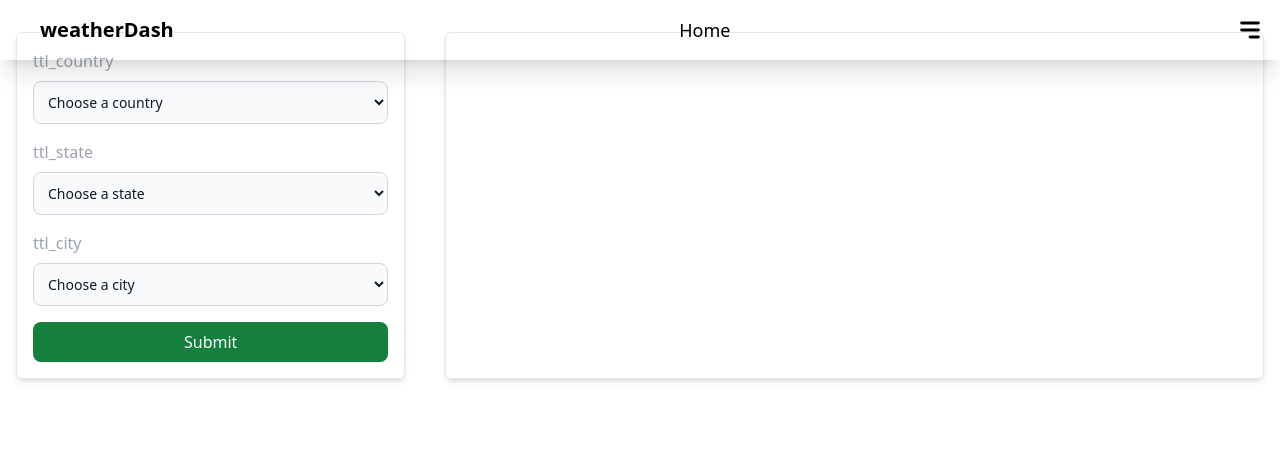
Repository: Wafaabahgat/WeatherDash
Page: /
These files come from the project's save history. The page is drawn as it stood at one moment and after the next save; the edit follows.
The browser window is 1280 px wide. The pictures show the whole page.
The page's requests for data from a server got no answer. The project was rebuilt for these pictures with package versions that can differ from the ones it lists, and the page was loaded fresh each time. No one was signed in, and anything a server would have sent is missing. Also part of the build but not shown: vite.config.ts, src/components/ui/UserCard.tsx, src/components/ui/Text.tsx, src/components/ui/AQIIndicator.tsx, src/components/models/form-model-auth.tsx, src/components/ui/Loader.tsx, src/components/form/FormInput.tsx, src/components/ui/Button.tsx and 5 more.

Above is the page before, as saved 2024-04-15 06:57:23.

### src/main.tsx
import ReactDOM from "react-dom/client";
import router from "./App.jsx";
import "./App.css";
import { Provider } from "react-redux";
import { store } from "./store/store";
import { RouterProvider } from "react-router-dom";

ReactDOM.createRoot(document.getElementById("root")).render(
  <Provider store={store}>
    <RouterProvider router={router} />
  </Provider>
);

### src/App.tsx
import { createBrowserRouter } from "react-router-dom";
import "./App.css";
import Root from "./pages/Root";
import Home from "./pages/Home";
import Login from "./pages/auth/Login";
import Register from "./pages/auth/Register";

const router = createBrowserRouter([
  {
    path: "/",
    element: <Root />,
    children: [
      ////////////////// Auth //////////////////
      {
        path: "/",
        element: <Home />,
      },
      {
        path: "/login",
        element: <Login />,
      },
      {
        path: "/register",
        element: <Register />,
      },
    ],
  },
]);
export default router;

### src/App.css
@tailwind base;
@tailwind components;
@tailwind utilities;

#root {
  max-width: 1470px;
  margin: 0 auto;
  padding: 1rem;
  text-align: center;
}

### src/store/store.ts
import { configureStore } from "@reduxjs/toolkit";
import country from "../slice/Home/home";
import state from "../slice/Home/state";
import city from "../slice/Home/city";
import weather from "../slice/Home/weather";

export const store = configureStore({
  reducer: {
    // Globals
    country: country,
    state: state,
    city: city,
    weather: weather,
  },
});

export type RootState = ReturnType<typeof store.getState>;
export type AppDispatch = typeof store.dispatch;

### src/pages/Root.jsx
import { useEffect } from "react";
import { useTranslation } from "react-i18next";
import { Outlet } from "react-router-dom";
import Header from "../components/header/Header";

const Root = () => {
  const { i18n } = useTranslation();

  useEffect(() => {
    // Determine the direction based on the language code
    const dir = i18n.language === "ar" ? "rtl" : "ltr";
    document.documentElement.dir = dir;
  }, [i18n.language]);

  return (
    <div className="w-full h-full flex flex-col">
      {/* {isDash == "dashboard" ? null : <Navbar />} */}
      <Header />
      <Outlet />
    </div>
  );
};

export default Root;

### src/pages/Home.tsx
import React from "react";
import "leaflet/dist/leaflet.css";
import FormSelect from "../components/FormSelect";
import MapForm from "../components/Map-Form";

const Home = () => {
  return (
    <div className="mt-4">
      <div className="grid lg:grid-cols-3 md:grid-cols-2 grid-cols-1 lg:gap-x-10 mg:gap-x-5 gap-x-0 lg:gap-y-0 gap-y-6 w-full">
        <FormSelect className="col-span-1 border border-gray-200 p-4 shadow-md rounded-md" />
        <MapForm />
      </div>
    </div>
  );
};

export default Home;

### src/slice/Home/home.ts
import { createAsyncThunk, createReducer } from "@reduxjs/toolkit";
import { clearErrors, country } from "./HomeAction";
import { Type } from "../../lib/types";

const initialState = {
  status: null,
  errors: {},
  data: [],
  // loading: null,
};



// Create reducer logic using createReducer
const countryReducer = createReducer(initialState, (builder) => {
  builder
    .addCase(country.pending, (state) => {
      // state.loading = true;
      state.data = [];
      state.errors = {};
      state.status = null;
    })
    .addCase(country.fulfilled, (state, action) => {
      // state.loading = false;
      state.status = action.payload.status;
      state.data = action.payload.data;
      state.errors = {};
    })
    .addCase(country.rejected, (state, action) => {
      // state.loading = false;
      state.status = null;
      state.errors = action.payload?.errors || action.payload;
    })
    .addCase(clearErrors.fulfilled, (state) => {
      // state.loading = false;
      state.status = null;
      state.errors = {};
    });
});

export default countryReducer;

### src/slice/Home/state.ts
import { createAsyncThunk, createReducer } from "@reduxjs/toolkit";
import { clearErrors, state } from "./HomeAction";
import { Type } from "../../lib/types";

const initialState = {
  status: null,
  errors: {},
  data: [],
  // loading: null,
};

// Create reducer logic using createReducer
const statesReducer = createReducer(initialState, (builder) => {
  builder
    .addCase(state.pending, (state) => {
      // state.loading = true;
      state.data = [];
      state.errors = {};
      state.status = null;
    })
    .addCase(state.fulfilled, (state, action) => {
      // state.loading = false;
      state.status = action.payload.status;
      state.data = action.payload.data;
      state.errors = {};
    })
    .addCase(state.rejected, (state, action) => {
      // state.loading = false;
      state.status = null;
      state.errors = action.payload?.errors || action.payload;
    })
    .addCase(clearErrors.fulfilled, (state) => {
      // state.loading = false;
      state.status = null;
      state.errors = {};
    });
});

export default statesReducer;

### src/slice/Home/city.ts
import { createAsyncThunk, createReducer } from "@reduxjs/toolkit";
import { clearErrors, city } from "./HomeAction";
import { Type } from "../../lib/types";

const initialState = {
  status: null,
  errors: {},
  data: [],
  // loading: null,
};

// Create reducer logic using createReducer
const cityReducer = createReducer(initialState, (builder) => {
  builder
    .addCase(city.pending, (state) => {
      // state.loading = true;
      state.data = [];
      state.errors = {};
      state.status = null;
    })
    .addCase(city.fulfilled, (state, action) => {
      // state.loading = false;
      state.status = action.payload.status;
      state.data = action.payload.data;
      state.errors = {};
    })
    .addCase(city.rejected, (state, action) => {
      // state.loading = false;
      state.status = null;
      state.errors = action.payload?.errors || action.payload;
    })
    .addCase(clearErrors.fulfilled, (state) => {
      // state.loading = false;
      state.status = null;
      state.errors = {};
    });
});

export default cityReducer;

### src/slice/Home/weather.ts
import { createReducer } from "@reduxjs/toolkit";
import { clearErrors, weather } from "./HomeAction";

const initialState = {
  status: null,
  errors: {},
  data: [],
  // loading: null,
};

// Create reducer logic using createReducer
const weatherReducer = createReducer(initialState, (builder) => {
  builder
    .addCase(weather.pending, (state) => {
      // state.loading = true;
      state.data = [];
      state.errors = {};
      state.status = null;
    })
    .addCase(weather.fulfilled, (state, action) => {
      // state.loading = false;
      state.status = action.payload.status;
      state.data = action.payload.data;
      state.errors = {};
    })
    .addCase(weather.rejected, (state, action) => {
      // state.loading = false;
      state.status = null;
      state.errors = action.payload?.errors || action.payload;
    })
    .addCase(clearErrors.fulfilled, (state) => {
      // state.loading = false;
      state.status = null;
      state.errors = {};
    });
});

export default weatherReducer;

### src/components/header/Header.tsx
import { Link } from "react-router-dom";
import Menu from "../ui/Menu";
const Header = () => {
  return (
    <div className="w-full bg-dark_blue fixed left-0 top-0 z-10 shadow-xl">
      <div className="m-auto flex justify-between items-center p-4 max-h-[100px]">
        <Link to="/">
          <div className="text-color_white font-bold text-xl ml-6">
            weather<span className="text-color_danger">Dash</span>
          </div>
        </Link>
        <div>
          <ul className="text-color_white gap-3 flex text-lg">
            <li className="hover:text-color_danger active">
              <Link to="/">Home</Link>
            </li>
          </ul>
        </div>

        <Menu />
      </div>
    </div>
  );
};

export default Header;

### src/components/FormSelect.tsx
import React, { useEffect, useState } from "react";
import { FC } from "react";
import { useAppDispatch, useAppSelector } from "../store/hooks";
import { city, country, state, weather } from "../slice/Home/HomeAction";
import { cn } from "../lib/utils";
import { useTranslation } from "react-i18next";

interface FormProps {
  className: string;
}

const FormSelect: FC<FormProps> = ({ className }) => {
  const dispatch = useAppDispatch();
  const { t } = useTranslation();

  const [selectedCountry, setselectedCountry] = useState("");
  const [selectedstate, setselectedstate] = useState("");
  const [selectedcity, setselectedcity] = useState("");

  const { data } = useAppSelector((state) => state.country);
  const stateSelector = useAppSelector((state) => state.state);
  const citySelector = useAppSelector((state) => state.city);

  useEffect(() => {
    dispatch(country());
  }, []);

  useEffect(() => {
    if (selectedCountry) {
      dispatch(state(selectedCountry));
    }
  }, [selectedCountry]);

  useEffect(() => {
    if (selectedstate && selectedCountry) {
      dispatch(city({ state: selectedstate, country: selectedCountry }));
    }
  }, [selectedstate]);

  const onSubmit = (e: React.FormEvent<HTMLFormElement>): void => {
    e.preventDefault();
    if (selectedCountry && selectedstate && selectedcity) {
      dispatch(
        weather({
          state: selectedstate,
          country: selectedCountry,
          city: selectedcity,
        })
      );
    }
  };

  return (
    <div className={cn("", className)}>
      <form className="flex flex-col gap-2" onSubmit={onSubmit}>
        {/* country */}
        <div className="flex flex-col mb-2 gap-2">
          <label
            htmlFor="countries"
            className="text-start block text-md font-medium text-gray-400"
          >
            {t("ttl_country")}
          </label>
          <select
            id="countries"
            onChange={(e) => setselectedCountry(e?.target?.value)}
            value={selectedCountry}
            className="bg-gray-50 border border-gray-300 text-gray-900 text-sm rounded-lg focus:ring-blue-500 focus:border-blue-500 block w-full p-2.5 dark:bg-gray-700 dark:border-gray-600 dark:placeholder-gray-400 dark:text-white dark:focus:ring-blue-500 dark:focus:border-blue-500"
          >
            <option selected>Choose a country</option>
            {data?.map((e) => (
              <option value={e?.country}> {e.country}</option>
            ))}
          </select>
        </div>
        {/* state */}
        {stateSelector?.data ? (
          <div className="flex flex-col gap-2 mb-2">
            <label
              htmlFor="states"
              className="block text-start text-md font-medium text-gray-400"
            >
              {t("ttl_state")}
            </label>
            <select
              id="states"
              onChange={(e) => setselectedstate(e?.target?.value)}
              value={selectedstate}
              className="bg-gray-50 border border-gray-300 text-gray-900 text-sm rounded-lg focus:ring-blue-500 focus:border-blue-500 block w-full p-2.5 dark:bg-gray-700 dark:border-gray-600 dark:placeholder-gray-400 dark:text-white dark:focus:ring-blue-500 dark:focus:border-blue-500"
            >
              <option selected>Choose a state</option>
              {stateSelector?.data?.map((e) => (
                <option value={e?.state}> {e.state}</option>
              ))}
            </select>
          </div>
        ) : (
          ""
        )}
        {/* city */}
        {citySelector?.data ? (
          <div className="flex flex-col gap-2 mb-2">
            <label
              htmlFor="city"
              className="block text-start text-md font-medium  text-gray-400"
            >
              {t("ttl_city")}
            </label>
            <select
              id="city"
              onChange={(e) => setselectedcity(e?.target?.value)}
              value={selectedcity}
              className="bg-gray-50 border border-gray-300 text-gray-900 text-sm rounded-lg focus:ring-blue-500 focus:border-blue-500 block w-full p-2.5 dark:bg-gray-700 dark:border-gray-600 dark:placeholder-gray-400 dark:text-white dark:focus:ring-blue-500 dark:focus:border-blue-500"
            >
              <option selected>Choose a city</option>
              {citySelector?.data?.map((e) => (
                <option value={e?.city}> {e.city}</option>
              ))}
            </select>
          </div>
        ) : (
          ""
        )}

        <button
          type="submit"
          className="py-2 px-8 bg-green-700 text-slate-50 rounded-lg"
        >
          Submit
        </button>
      </form>
    </div>
  );
};

export default FormSelect;

### src/components/Map-Form.tsx
import React, { useEffect, useState } from "react";
import { FC } from "react";
import { MapContainer, Marker, Popup, TileLayer } from "react-leaflet";
import Text from "./ui/Text";
import { AQIIndicator } from "./ui/AQIIndicator";
import { useAppSelector } from "../store/hooks";

interface MapFormProps {}

const MapForm: FC<MapFormProps> = () => {
  const weatherSelector = useAppSelector((state) => state.weather);

  return (
    <div className="lg:col-span-2 col-span-1 border border-gray-200 p-4 shadow-md rounded-md ">
      {weatherSelector.data.current ? (
        <div>
          <div className="grid lg:grid-cols-3 grid-cols-2 p-2 gap-2">
            <Text
              text="Timestamp"
              children={weatherSelector.data.current.weather.ts}
              degree="°C"
            />
            <Text
              text="Temperature"
              children={weatherSelector.data.current.weather.tp}
              degree="°C"
              className="py-7"
            />
            <Text
              text="Pressure"
              children={weatherSelector.data.current.weather.pr}
              degree="hPa"
              className="py-7"
            />
            <Text
              text="Humidity"
              children={weatherSelector.data.current.weather.hu}
              degree="%"
              className="py-7"
            />
            <Text
              text="Wind Speed"
              children={weatherSelector.data.current.weather.ws}
              degree="m/s"
              className="py-7"
            />
            <Text
              text="Wind Direction"
              children={weatherSelector.data.current.weather.wd}
              degree="°"
              className="py-7"
            />
            <Text
              text="Weather Icon"
              children={weatherSelector.data.current.weather.ic}
              degree="°"
              className="py-7"
            />
          </div>
          <div className="my-4">
            <strong className="flex mb-1 text-lg ">AQI :</strong>
            <AQIIndicator aqi={weatherSelector.data.current.weather.aqi} />
          </div>
          <div className="">
            <MapContainer
              center={[
                weatherSelector.data.location.coordinates[1],
                weatherSelector.data.location.coordinates[0],
              ]}
              zoom={13}
              scrollWheelZoom={false}
              style={{ width: "100%", height: "50vh" }}
            >
              <TileLayer
                attribution='&copy; <a href="https://www.openstreetmap.org/copyright">OpenStreetMap</a> contributors'
                url="https://{s}.tile.openstreetmap.org/{z}/{x}/{y}.png"
              />
              <Marker
                position={[
                  weatherSelector.data.location.coordinates[1],
                  weatherSelector.data.location.coordinates[0],
                ]}
              >
                <Popup>{weatherSelector.data.city}</Popup>
              </Marker>
            </MapContainer>
          </div>
        </div>
      ) : (
        ""
      )}
    </div>
  );
};

export default MapForm;

### src/slice/Home/HomeAction.ts
import { createAsyncThunk } from "@reduxjs/toolkit";
import axios from "../axios";
import Cookies from "universal-cookie";

const cookies = new Cookies();
const token = cookies.get("token");
const TOKEN = `Bearer ${token}`;
const config = {
  headers: {
    Authorization: TOKEN,
  },
};

// *********** country *********** //
export const country = createAsyncThunk("country", async (args, thunkAPI) => {
  const { rejectWithValue } = thunkAPI;
  try {
    const { data } = await axios.get(
      "/countries?key=639cbad0-1f7d-4711-bb99-ad5b25657447",
      args
    );
    // console.log(data);

    return data;
  } catch (err) {
    if (err?.response?.data?.message === "Unauthenticated.") {
      return rejectWithValue(err?.response?.data?.message);
    }

    return rejectWithValue(err?.response?.data);
  }
});

// *********** state *********** //
export const state = createAsyncThunk(
  "state",
  async (args: string, thunkAPI) => {
    const { rejectWithValue } = thunkAPI;
    try {
      console.log(args);
      const { data } = await axios.get(
        `/states?country=${args}&key=639cbad0-1f7d-4711-bb99-ad5b25657447`
      );
      return data;
    } catch (err) {
      return rejectWithValue(err?.response?.data);
    }
  }
);

// *********** cities *********** //
export const city = createAsyncThunk(
  "city",
  async (args: { state: string; country: string }, thunkAPI) => {
    const { rejectWithValue } = thunkAPI;
    try {
      const { data } = await axios.get(
        `/cities?state=${args.state}&country=${args.country}&key=639cbad0-1f7d-4711-bb99-ad5b25657447`
      );
      return data;
    } catch (err) {
      return rejectWithValue(err?.response?.data);
    }
  }
);

// ***********  weather *********** //
export const weather = createAsyncThunk(
  "weather",
  async (args: { state: string; country: string; city: string }, thunkAPI) => {
    const { rejectWithValue } = thunkAPI;
    try {
      const { data } = await axios.get(
        `/city?city=${args?.city}&state=${args.state}&country=${args.country}&key=639cbad0-1f7d-4711-bb99-ad5b25657447`
      );
      return data;
    } catch (err) {
      return rejectWithValue(err?.response?.data);
    }
  }
);

export const clearErrors = createAsyncThunk("country/clear", async () => {
  return true;
});

### src/components/ui/Menu.tsx
import { HiMenuAlt3 } from "react-icons/hi";
import { useEffect, useRef, useState } from "react";
import UserCard from "./UserCard";

const Menu = () => {
  const [open, setOpen] = useState(false);
  const menuRef = useRef(null);

  const showMenu = () => {
    setOpen(!open);
  };
  const hideMenu = () => {
    setOpen(false);
  };

  const handleClick = (e) => {
    if (menuRef.current && !menuRef.current.contains(e.target)) {
      hideMenu();
    }
  };

  useEffect(() => {
    document.addEventListener("click", handleClick);
    return () => {
      document.removeEventListener("click", handleClick);
    };
  }, []);
  //   const handleLogout = () => {
  //     window.location.href = "/login";
  //   };

  return (
    <div ref={menuRef}>
      <HiMenuAlt3
        className="text-color_white"
        size={28}
        onClick={open ? hideMenu : showMenu}
      />
      {open ? <UserCard /> : null}
    </div>
  );
};

export default Menu;

### src/lib/utils.ts
import { clsx, type ClassValue } from "clsx";
import { twMerge } from "tailwind-merge";

export function cn(...inputs: ClassValue[]) {
  return twMerge(clsx(inputs));
}
export const uploadImg = (e) => {
  const reader = new FileReader();
  reader.onload = () => {};

  reader.readAsDataURL(e.target.files[0]);
  const img = e.target.files[0];
  console.log(e.target.files);

  return { img };
};

### src/slice/axios.ts
import axios from "axios";

const instance = axios.create({
  baseURL: "http://api.airvisual.com/v2",
});

export default instance;

Loaded but not shown: index.html (common file); src/store/hooks.ts (common file); tailwind.config.js (common file)

After the next save:
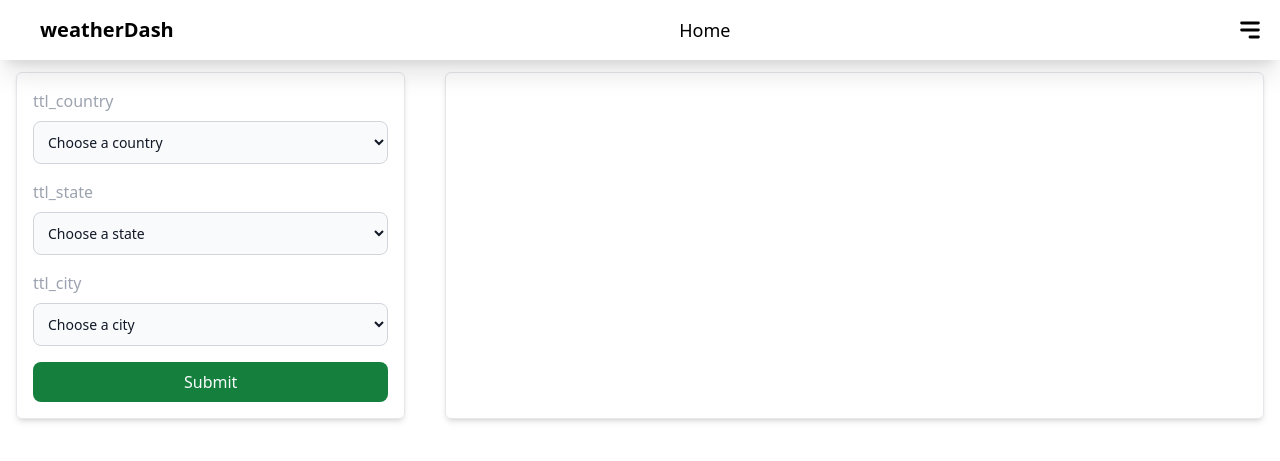
Saved 33 s later.
--- a/src/pages/Home.tsx
+++ b/src/pages/Home.tsx
@@ -5,7 +5,7 @@ import MapForm from "../components/Map-Form";
 
 const Home = () => {
   return (
-    <div className="mt-4">
+    <div className="mt-14">
       <div className="grid lg:grid-cols-3 md:grid-cols-2 grid-cols-1 lg:gap-x-10 mg:gap-x-5 gap-x-0 lg:gap-y-0 gap-y-6 w-full">
         <FormSelect className="col-span-1 border border-gray-200 p-4 shadow-md rounded-md" />
         <MapForm />
